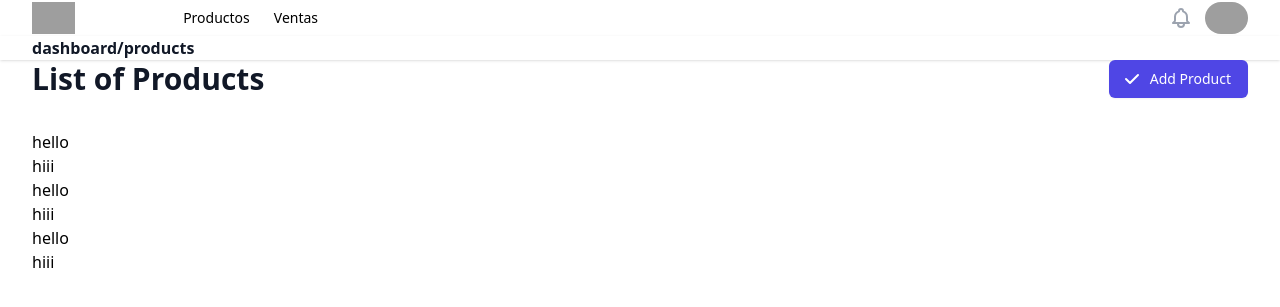
Repository: pvelosa/next-dashboard
Page: /dashboard/products/
These files come from the project's save history. The page is drawn as it stood at one moment and after the next save; the edit follows.
The browser window is 1280 px wide. The pictures show the whole page.
Pictures or frames that could not be fetched are drawn as grey boxes. The page's requests for data from a server got no answer. The project was rebuilt for these pictures with package versions that can differ from the ones it lists, and the page was loaded fresh each time. The framework's server and built-in components were replaced by stand-ins that run in the browser. No one was signed in, and anything a server would have sent is missing. Also part of the build but not shown: next.config.js, services/api/products.js, components/FormProduct.js.

Above is the page before, as saved 2022-06-03 07:26:54.

### pages/_app.js
import { ProviderAuth } from "../hooks/useAuth";
import "../src/styles/globals.css";
import MainLayout from "../layout/MainLayout";

function MyApp({ Component, pageProps }) {
  return (
    <>
      <ProviderAuth>
        <MainLayout>
          <Component {...pageProps} />
        </MainLayout>
      </ProviderAuth>
    </>
  );
}

export default MyApp;

### pages/dashboard/products.js
//quiero agregar, eliminar y actualizar un product

import { useState, useEffect } from "react";
import Modal from "../../common/Modal";
import FormProduct from "../../components/FormProduct";
import endPoints from "../../services/api";
import {CheckIcon} from '@heroicons/react/solid'
import axios from "axios";
import useAlert from "../../hooks/useAlert";
import Alert from "../../common/Alert";

export default function Products() {
  const [open, setOpen] = useState(false);
  const [products, setProducts] = useState([]);
  const { alert, setAlert, toggleAlert } = useAlert();

  useEffect(() => {
    async function getProducts() {
      const response = await axios.get(endPoints.products.allProducts);
      setProducts(response.data);
    }
    try {
      getProducts();
    } catch (error) {
      console.log(error);
    }
  }, [alert]);

  return (
    <>
      <Alert alert={alert} handleClose={toggleAlert} />
      <Modal open={open} setOpen={setOpen}>
        <FormProduct setOpen={setOpen} setAlert={setAlert} />
      </Modal>
      <div className="lg:flex lg:items-center lg:justify-between mb-8">
        <div className="flex-1 min-w-0">
          <h2 className="text-2xl font-bold leading-7 text-gray-900 sm:text-3xl sm:truncate">List of Products</h2>
        </div>
        <div className="mt-5 flex lg:mt-0 lg:ml-4">
          <span className="sm:ml-3">
            <button
              type="button"
              className="inline-flex items-center px-4 py-2 border border-transparent rounded-md shadow-sm text-sm font-medium text-white bg-indigo-600 hover:bg-indigo-700 focus:outline-none focus:ring-2 focus:ring-offset-2 focus:ring-indigo-500"
              onClick={() => setOpen(true)}
            >
              <CheckIcon className="-ml-1 mr-2 h-5 w-5" aria-hidden="true" />
              Add Product
            </button>
          </span>
        </div>
      </div>
      <div>hello</div>
      <div>hiii</div>
      <div>hello</div>
      <div>hiii</div>
      <div>hello</div>
      <div>hiii</div>

      {/* <div className="flex flex-col">
        <div className="-my-2 overflow-x-auto sm:-mx-6 lg:-mx-8">
          <div className="py-2 align-middle inline-block min-w-full sm:px-6 lg:px-8">
            <div className="shadow overflow-hidden border-b border-gray-200 sm:rounded-lg">
              <table className="min-w-full divide-y divide-gray-200">
                <thead className="bg-gray-50">
                  <tr>
                    <th scope="col" className="px-6 py-3 text-left text-xs font-medium text-gray-500 uppercase tracking-wider">
                      Name
                    </th>
                    <th scope="col" className="px-6 py-3 text-left text-xs font-medium text-gray-500 uppercase tracking-wider">
                      Category
                    </th>
                    <th scope="col" className="px-6 py-3 text-left text-xs font-medium text-gray-500 uppercase tracking-wider">
                      Price
                    </th>
                    <th scope="col" className="px-6 py-3 text-left text-xs font-medium text-gray-500 uppercase tracking-wider">
                      Id
                    </th>
                    <th scope="col" className="relative px-6 py-3">
                      <span className="sr-only">Edit</span>
                    </th>
                    <th scope="col" className="relative px-6 py-3">
                      <span className="sr-only">Delete</span>
                    </th>
                  </tr>
                </thead>
                <tbody className="bg-white divide-y divide-gray-200">
                  {products?.map((product) => (
                    <tr key={`Product-item-${product.id}`}>
                      <td className="px-6 py-4 whitespace-nowrap">
                        <div className="flex items-center">
                          <div className="flex-shrink-0 h-10 w-10">
                            <img className="h-10 w-10 rounded-full" src={product.images[0]} alt="" />
                          </div>
                          <div className="ml-4">
                            <div className="text-sm font-medium text-gray-900">{product.title}</div>
                          </div>
                        </div>
                      </td>
                      <td className="px-6 py-4 whitespace-nowrap">
                        <div className="text-sm text-gray-900">{product.category.name}</div>
                      </td>
                      <td className="px-6 py-4 whitespace-nowrap">
                        <span className="px-2 inline-flex text-xs leading-5 font-semibold rounded-full bg-green-100 text-green-800">${product.price}</span>
                      </td>
                      <td className="px-6 py-4 whitespace-nowrap text-sm text-gray-500">{product.id}</td>
                      <td className="px-6 py-4 whitespace-nowrap text-right text-sm font-medium">
                        <a href="/edit" className="text-indigo-600 hover:text-indigo-900">
                          Edit
                        </a>
                      </td>
                      <td className="px-6 py-4 whitespace-nowrap text-right text-sm font-medium">
                        <a href="/edit" className="text-indigo-600 hover:text-indigo-900">
                          Delete
                        </a>
                      </td>
                    </tr>
                  ))}
                </tbody>
              </table>
            </div>
          </div>
        </div>
      </div> */}

    </>
  );
}

### hooks/useAuth.js
import react, { useState, useContext, createContext } from "react";
import Cookie from "js-cookie";
import axios from "axios";
import endPoints from "../services/api/";

const AuthContext = createContext();

export function ProviderAuth({ children }) {
  const auth = useProviderAuth();
  return <AuthContext.Provider value={auth}>{children}</AuthContext.Provider>;
}

export const useAuth = () => {
  return useContext(AuthContext);
};

function useProviderAuth() {
  const [user, setUser] = useState(null);
  const signin = async (email, password) => {
    //empezar a construir la app aquí
    const options = {
      headers: {
        accept: "*/*",
        "Content-Type": "application/json",
      },
    };
    const { data: access_token } = await axios.post(
      endPoints.auth.login,
      { email, password },
      options
    );
    //guarda el token como una cookie
    if (access_token) {
        const token = access_token.access_token
      Cookie.set("token", token, { expires: 5 });
    console.log(user)
      //tenga un default para que se autorice
      axios.defaults.headers.Authorization = `Bearer ${token}`;
      const {data:user} = await axios.get(endPoints.auth.profile)
      setUser(user);
    }
  };
  return {
    user,
    signin,
  };
}

### layout/MainLayout.js
import Header from '../components/Header';
import Nav from '../common/Nav'

export default function MainLayout({ children }) {
  return (
    <>
      <div className="min-h-full">
        <Header/>
        <Nav/>
        <main>
          <div className="max-w-7xl mx-auto py-6 lg:px-8">{children}</div>
        </main>
      </div>
    </>
  );
}

### common/Modal.js
import { Fragment, useRef } from 'react';
import { Dialog, Transition } from '@headlessui/react';
import { XCircleIcon } from '@heroicons/react/solid';

export default function Modal({ open, setOpen, children }) {
  const cancelButtonRef = useRef(null);
  return (
    <Transition.Root show={open} as={Fragment}>
      <Dialog as="div" className="justify-center items-center flex overflow-x-hidden overflow-y-auto fixed inset-0 z-50 outline-none focus:outline-none" initialFocus={cancelButtonRef} onClose={setOpen}>
        <div className="relative w-auto my-6 mx-auto max-w-3xl">
          <Transition.Child as={Fragment} enter="ease-out duration-300" enterFrom="opacity-0" enterTo="opacity-100" leave="ease-in duration-200" leaveFrom="opacity-100" leaveTo="opacity-0">
            <Dialog.Overlay className="fixed inset-0 bg-gray-500 bg-opacity-75 transition-opacity" />
          </Transition.Child>
          <span className="hidden sm:inline-block sm:align-middle sm:h-screen" aria-hidden="true">
            &#8203;
          </span>
          <Transition.Child
            as={Fragment}
            enter="ease-out duration-300"
            enterFrom="opacity-0 translate-y-4 sm:translate-y-0 sm:scale-95"
            enterTo="opacity-100 translate-y-0 sm:scale-100"
            leave="ease-in duration-200"
            leaveFrom="opacity-100 translate-y-0 sm:scale-100"
            leaveTo="opacity-0 translate-y-4 sm:translate-y-0 sm:scale-95"
          >
            <div className="inline-block align-bottom bg-white rounded-lg text-left overflow-hidden shadow-xl transform transition-all sm:my-8 sm:align-middle sm:max-w-lg sm:w-full">
              <div className="bg-gray-50 px-4 py-3 sm:px-6 sm:flex sm:flex-row-reverse">
                <XCircleIcon className="flex-shrink-0 h-6 w-6 text-gray-400 cursor-pointer" aria-hidden="true" onClick={() => setOpen(false)} ref={cancelButtonRef} />
              </div>
              <div className="bg-white px-4 pt-5 pb-4 sm:p-6 sm:pb-4">
                <div className="sm:flex sm:items-start">{children}</div>
              </div>
            </div>
          </Transition.Child>
        </div>
      </Dialog>
    </Transition.Root>
  );
}

### services/api/index.js
const API = process.env.NEXT_PUBLIC_API_URL;
const VERSION = process.env.NEXT_PUBLIC_API_VERSION;

const endPoints = {
    auth: {
        login: `${API}/api/${VERSION}/auth/login`,
        profile: `${API}/api/${VERSION}/auth/profile`
    },
    categories:{
        getCategories: `${API}/api/${VERSION}/categories`,
        postCategories: `${API}/api/${VERSION}/categories`,
        getCategorie: (id) =>  `${API}/api/${VERSION}/categories/${id}`,
        putCategorie: (id) =>  `${API}/api/${VERSION}/categories/${id}`,
        getCategorieProducts: (id) =>  `${API}/api/${VERSION}/categories/${id}/products`
    },
    files:{
        postFiles:  `${API}/api/${VERSION}/files/upload`,
        getFile: (filename) =>  `${API}/api/${VERSION}/files/${filename}`,
    },
    products: {
        allProducts:  `${API}/api/${VERSION}/products/`,
        getProducts: (limit, offset) => `${API}/api/${VERSION}/products?limit=${limit}&offset=${offset} `,
        putProducts:  `${API}/api/${VERSION}/products`,
        getProduct: (id) =>  `${API}/api/${VERSION}/products/${id}`,
        updateProduct: (id) =>  `${API}/api/${VERSION}/products/${id}`,
        deleteProduct: (id) =>  `${API}/api/${VERSION}/products/${id}`,
    },
    users: {
        getUsers:  `${API}/api/${VERSION}/users/`,
        postUsers:  `${API}/api/${VERSION}/users/`,
        getProduct: `${API}/api/${VERSION}/users/is-available`,
    }

};

export default endPoints;

### hooks/useAlert.js
import { useState } from 'react';

const useAlert = (options) => {
  const defaultOptions = {
    active: false,
    message: '',
    type: '',
    autoClose: true,
  };
  const [alert, setAlert] = useState({
    ...defaultOptions,
    ...options,
  });

  const toggleAlert = () => {
    setAlert(!alert.active);
  };

  return {
    alert,
    setAlert,
    toggleAlert,
  };
};

export default useAlert;

### common/Alert.js
import { XCircleIcon } from '@heroicons/react/solid';

const Alert = ({ alert, handleClose }) => {
  if (alert && alert?.autoClose) {
    setTimeout(() => {
      handleClose();
    }, 9000);
  }

  return (
    <>
      {alert?.active && (
        <div x-data className="bg-indigo-100 p-5 w-full rounded mb-8">
          <div className="flex space-x-3">
            <div className="flex-1 leading-tight text-sm text-black font-medium">{alert.message}</div>
            <button type="button">
              <XCircleIcon className="w-6 h-6 text-gray-600" onClick={handleClose} />
            </button>
          </div>
        </div>
      )}
    </>
  );
};

export default Alert;

### components/Header.js
import { Fragment } from 'react';
import { useAuth } from '../hooks/useAuth';
import { Disclosure, Menu, Transition } from '@headlessui/react';
import { BellIcon, MenuIcon, XIcon } from '@heroicons/react/outline';


const navigation = [
  { name: 'Dashboard', href: '#', current: true },
  { name: 'Productos', href: '/dashboard/products/', current: false },
  { name: 'Ventas', href: '#', current: false },
];
const userNavigation = [
  { name: 'Your Profile', href: '#' },
  { name: 'Settings', href: '#' },
  { name: 'Sign out', href: '#' },
];

function classNames(...classes) {
  return classes.filter(Boolean).join(' ');
}

export default function Header() {
    const auth = useAuth;
    const userData = {
        name: auth?.user?.name,
        email: auth?.user?.email,
        imageUrl: `https://ui-avatars.com/api/?name=${auth?.user?.name}`,
      };
  return (
    <>
      <Disclosure as="nav" className="bg-gray-800">
        {({ open }) => (
          <>
            <div className="max-w-7xl mx-auto px-4 sm:px-6 lg:px-8">
              <div className="flex items-center justify-between h-16">
                <div className="flex items-center">
                  <div className="flex-shrink-0">
                    <img className="h-8 w-8" src="https://tailwindui.com/img/logos/workflow-mark-indigo-500.svg" alt="Workflow" />
                  </div>
                  <div className="hidden md:block">
                    <div className="ml-10 flex items-baseline space-x-4">
                      {navigation.map((item) => (
                        <a
                          key={item.name}
                          href={item.href}
                          className={classNames(item.current ? 'bg-gray-900 text-white' : 'text-gray-300 hover:bg-gray-700 hover:text-white', 'px-3 py-2 rounded-md text-sm font-medium')}
                          aria-current={item.current ? 'page' : undefined}
                        >
                          {item.name}
                        </a>
                      ))}
                    </div>
                  </div>
                </div>
                <div className="hidden md:block">
                  <div className="ml-4 flex items-center md:ml-6">
                    <button
                      type="button"
                      className="bg-gray-800 p-1 rounded-full text-gray-400 hover:text-white focus:outline-none focus:ring-2 focus:ring-offset-2 focus:ring-offset-gray-800 focus:ring-white"
                    >
                      <span className="sr-only">View notifications</span>
                      <BellIcon className="h-6 w-6" aria-hidden="true" />
                    </button>

                    {/* Profile dropdown */}
                    <Menu as="div" className="ml-3 relative">
                      <div>
                        <Menu.Button className="max-w-xs bg-gray-800 rounded-full flex items-center text-sm focus:outline-none focus:ring-2 focus:ring-offset-2 focus:ring-offset-gray-800 focus:ring-white">
                          <span className="sr-only">Open user menu</span>
                          <img className="h-8 w-8 rounded-full" src={userData.imageUrl} alt="" />
                        </Menu.Button>
                      </div>
                      <Transition
                        as={Fragment}
                        enter="transition ease-out duration-100"
                        enterFrom="transform opacity-0 scale-95"
                        enterTo="transform opacity-100 scale-100"
                        leave="transition ease-in duration-75"
                        leaveFrom="transform opacity-100 scale-100"
                        leaveTo="transform opacity-0 scale-95"
                      >
                        <Menu.Items className="origin-top-right absolute right-0 mt-2 w-48 rounded-md shadow-lg py-1 bg-white ring-1 ring-black ring-opacity-5 focus:outline-none">
                          {userNavigation.map((item) => (
                            <Menu.Item key={item.name}>
                              {({ active }) => (
                                <a href={item.href} className={classNames(active ? 'bg-gray-100' : '', 'block px-4 py-2 text-sm text-gray-700')}>
                                  {item.name}
                                </a>
                              )}
                            </Menu.Item>
                          ))}
                        </Menu.Items>
                      </Transition>
                    </Menu>
                  </div>
                </div>
                <div className="-mr-2 flex md:hidden">
                  {/* Mobile menu button */}
                  <Disclosure.Button className="bg-gray-800 inline-flex items-center justify-center p-2 rounded-md text-gray-400 hover:text-white hover:bg-gray-700 focus:outline-none focus:ring-2 focus:ring-offset-2 focus:ring-offset-gray-800 focus:ring-white">
                    <span className="sr-only">Open main menu</span>
                    {open ? <XIcon className="block h-6 w-6" aria-hidden="true" /> : <MenuIcon className="block h-6 w-6" aria-hidden="true" />}
                  </Disclosure.Button>
                </div>
              </div>
            </div>

            <Disclosure.Panel className="md:hidden">
              <div className="px-2 pt-2 pb-3 space-y-1 sm:px-3">
                {navigation.map((item) => (
                  <Disclosure.Button
                    key={item.name}
                    as="a"
                    href={item.href}
                    className={classNames(item.current ? 'bg-gray-900 text-white' : 'text-gray-300 hover:bg-gray-700 hover:text-white', 'block px-3 py-2 rounded-md text-base font-medium')}
                    aria-current={item.current ? 'page' : undefined}
                  >
                    {item.name}
                  </Disclosure.Button>
                ))}
              </div>
              <div className="pt-4 pb-3 border-t border-gray-700">
                <div className="flex items-center px-5">
                  <div className="flex-shrink-0">
                    <img className="h-10 w-10 rounded-full" src={userData.imageUrl} alt="" />
                  </div>
                  <div className="ml-3">
                    <div className="text-base font-medium leading-none text-white">{userData.name}</div>
                    <div className="text-sm font-medium leading-none text-gray-400">{userData.email}</div>
                  </div>
                  <button
                    type="button"
                    className="ml-auto bg-gray-800 flex-shrink-0 p-1 rounded-full text-gray-400 hover:text-white focus:outline-none focus:ring-2 focus:ring-offset-2 focus:ring-offset-gray-800 focus:ring-white"
                  >
                    <span className="sr-only">View notifications</span>
                    <BellIcon className="h-6 w-6" aria-hidden="true" />
                  </button>
                </div>
                <div className="mt-3 px-2 space-y-1">
                  {userNavigation.map((item) => (
                    <Disclosure.Button key={item.name} as="a" href={item.href} className="block px-3 py-2 rounded-md text-base font-medium text-gray-400 hover:text-white hover:bg-gray-700">
                      {item.name}
                    </Disclosure.Button>
                  ))}
                </div>
              </div>
            </Disclosure.Panel>
          </>
        )}
      </Disclosure>
    </>
  );
}

### tailwind.config.js
module.exports = {
  content: [
    "./pages/**/*.{js,ts,jsx,tsx}",
  ],
  theme: {
    extend: {},
  },
  plugins: [
    require('@tailwindcss/forms')
  ],
}

Loaded but not shown: src/styles/globals.css (common file); common/Nav.js (common file)

After the next save:
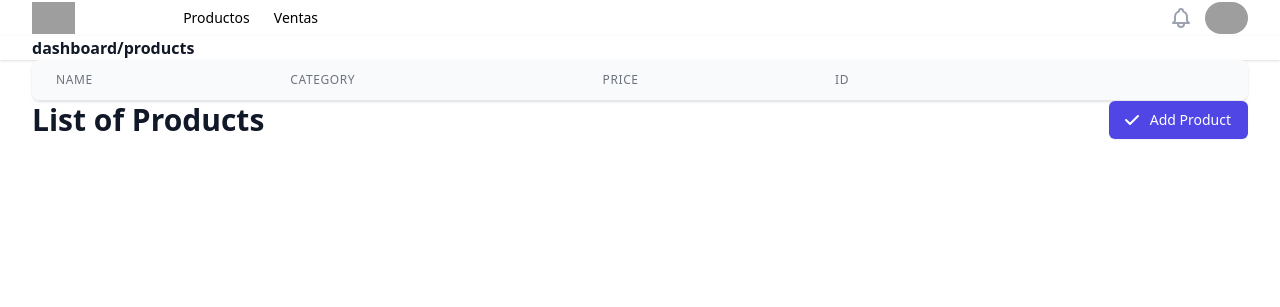
Saved 115 s later.
--- a/pages/dashboard/products.js
+++ b/pages/dashboard/products.js
@@ -29,34 +29,9 @@
   return (
     <>
       <Alert alert={alert} handleClose={toggleAlert} />
-      <Modal open={open} setOpen={setOpen}>
-        <FormProduct setOpen={setOpen} setAlert={setAlert} />
-      </Modal>
-      <div className="lg:flex lg:items-center lg:justify-between mb-8">
-        <div className="flex-1 min-w-0">
-          <h2 className="text-2xl font-bold leading-7 text-gray-900 sm:text-3xl sm:truncate">List of Products</h2>
-        </div>
-        <div className="mt-5 flex lg:mt-0 lg:ml-4">
-          <span className="sm:ml-3">
-            <button
-              type="button"
-              className="inline-flex items-center px-4 py-2 border border-transparent rounded-md shadow-sm text-sm font-medium text-white bg-indigo-600 hover:bg-indigo-700 focus:outline-none focus:ring-2 focus:ring-offset-2 focus:ring-indigo-500"
-              onClick={() => setOpen(true)}
-            >
-              <CheckIcon className="-ml-1 mr-2 h-5 w-5" aria-hidden="true" />
-              Add Product
-            </button>
-          </span>
-        </div>
-      </div>
-      <div>hello</div>
-      <div>hiii</div>
-      <div>hello</div>
-      <div>hiii</div>
-      <div>hello</div>
-      <div>hiii</div>
 
-      {/* <div className="flex flex-col">
+
+      <div className="flex flex-col">
         <div className="-my-2 overflow-x-auto sm:-mx-6 lg:-mx-8">
           <div className="py-2 align-middle inline-block min-w-full sm:px-6 lg:px-8">
             <div className="shadow overflow-hidden border-b border-gray-200 sm:rounded-lg">
@@ -120,7 +95,28 @@
             </div>
           </div>
         </div>
-      </div> */}
+      </div>
+
+      <Modal open={open} setOpen={setOpen}>
+        <FormProduct setOpen={setOpen} setAlert={setAlert} />
+      </Modal>
+      <div className="lg:flex lg:items-center lg:justify-between mb-8">
+        <div className="flex-1 min-w-0">
+          <h2 className="text-2xl font-bold leading-7 text-gray-900 sm:text-3xl sm:truncate">List of Products</h2>
+        </div>
+        <div className="mt-5 flex lg:mt-0 lg:ml-4">
+          <span className="sm:ml-3">
+            <button
+              type="button"
+              className="inline-flex items-center px-4 py-2 border border-transparent rounded-md shadow-sm text-sm font-medium text-white bg-indigo-600 hover:bg-indigo-700 focus:outline-none focus:ring-2 focus:ring-offset-2 focus:ring-indigo-500"
+              onClick={() => setOpen(true)}
+            >
+              <CheckIcon className="-ml-1 mr-2 h-5 w-5" aria-hidden="true" />
+              Add Product
+            </button>
+          </span>
+        </div>
+      </div>
 
     </>
   );

After the save that followed:
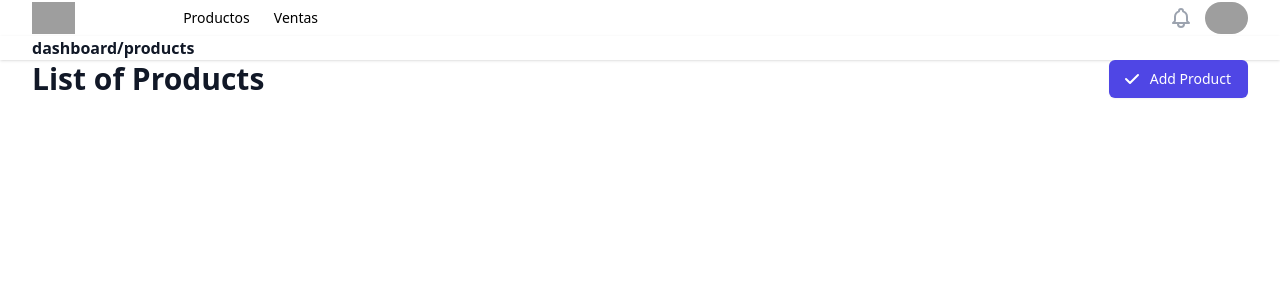
Saved 50 s later.
--- a/pages/dashboard/products.js
+++ b/pages/dashboard/products.js
@@ -31,7 +31,7 @@
       <Alert alert={alert} handleClose={toggleAlert} />
 
 
-      <div className="flex flex-col">
+      {/* <div className="flex flex-col">
         <div className="-my-2 overflow-x-auto sm:-mx-6 lg:-mx-8">
           <div className="py-2 align-middle inline-block min-w-full sm:px-6 lg:px-8">
             <div className="shadow overflow-hidden border-b border-gray-200 sm:rounded-lg">
@@ -95,7 +95,7 @@
             </div>
           </div>
         </div>
-      </div>
+      </div> */}
 
       <Modal open={open} setOpen={setOpen}>
         <FormProduct setOpen={setOpen} setAlert={setAlert} />
